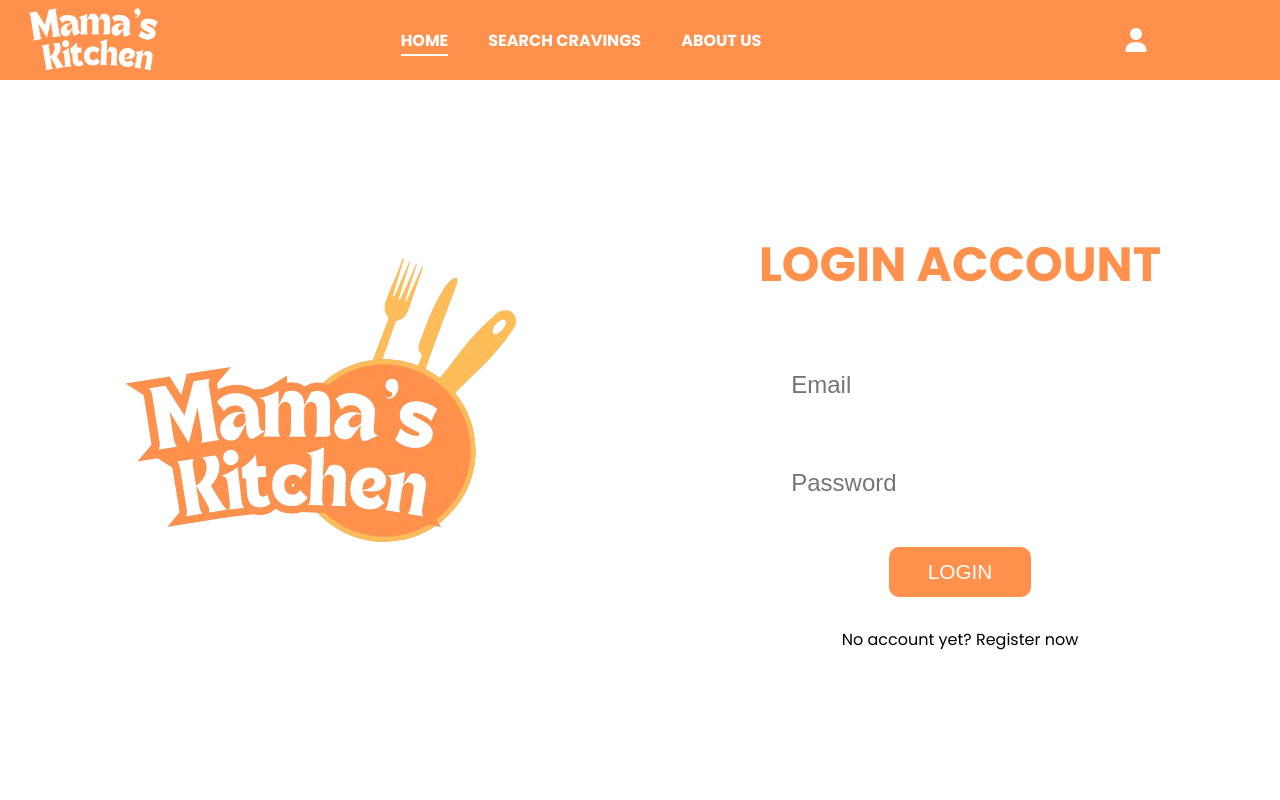
Repository: KarlBautista/mamaskitchen
Page: /login (app in frontend/)
An editor plug-in stored every save of this project. The page is shown before and after the next save, followed by the edit.
The browser window is 1280 px wide. The pictures show the whole page.
Some web fonts or font styles are not loaded; a fallback is used. Some web libraries are served in a nearby version. The project was rebuilt for these pictures with package versions that can differ from the ones it lists, and the page was loaded fresh each time. Some packages were replaced by stand-ins written for this rebuild. Also part of the build but not shown: frontend/src/components/VideoPlatform.jsx, frontend/src/components/Home.jsx, frontend/src/components/Register.jsx, frontend/src/styles/search-cravings.css, frontend/src/components/SearchCravings.jsx, frontend/src/components/AboutUs.jsx, frontend/src/styles/profile.css, frontend/src/components/Profile.jsx and 3 more. Imported but missing from the stored project, and not drawn on this page: frontend/src/videos/Landing-Video.mp4, frontend/src/videos/jollibee-1.mp4.

Above is the page before, as saved 2025-01-03 22:42:43.

After the next save:
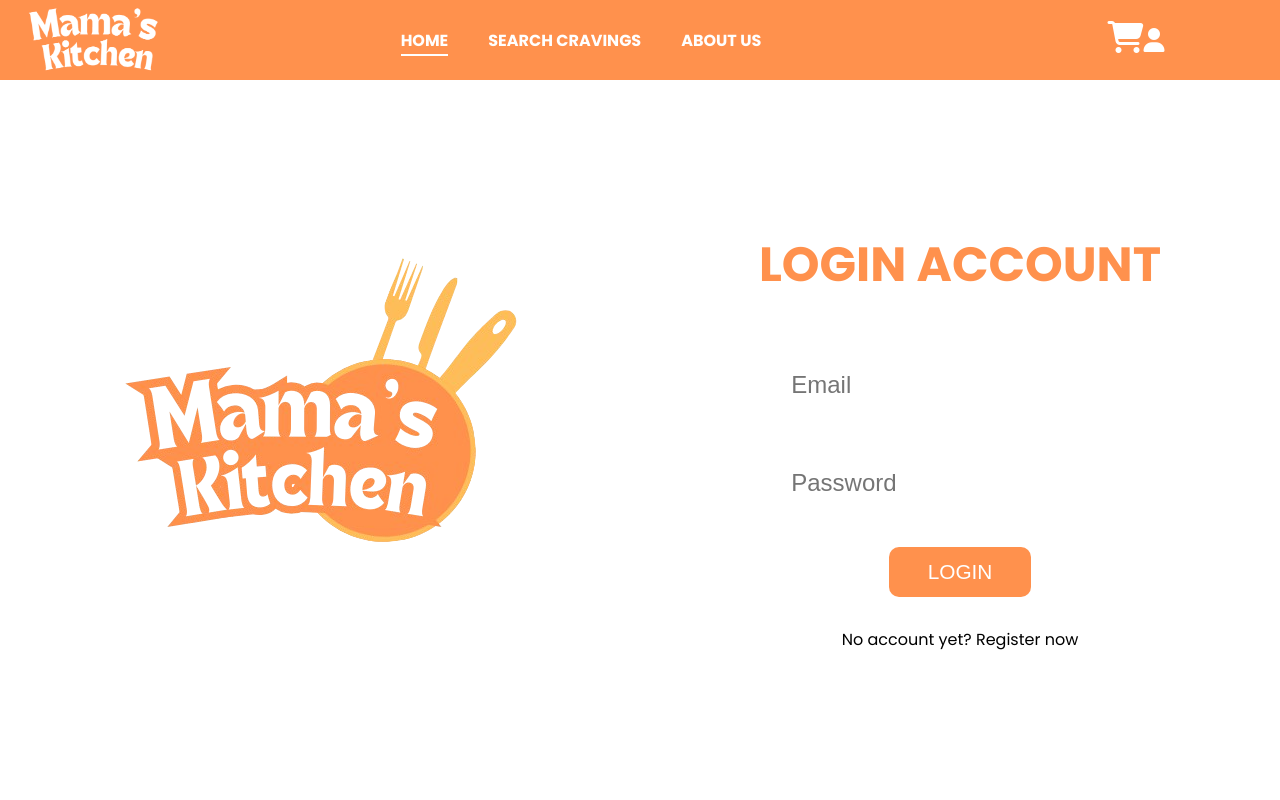
Saved 23 s later.
--- a/frontend/src/components/Header.jsx
+++ b/frontend/src/components/Header.jsx
@@ -127,6 +127,13 @@ function Header() {
                         activeLink === "user" ? "active" : ""
                     }`}
                 >
+                     <Link
+                            to="/cart"
+                            className={activeLink === "/cart" ? "active" : ""}
+                            onClick={() => handleLinkClick("/cart")}
+                        >
+                            <i className="fa-solid fa-cart-shopping bayong"></i>
+                        </Link>
                     <i className="fas fa-user" onClick={toggleDropdown}></i>
                     {isDropdownOpen && (
                         <div className="dropdown-content">
